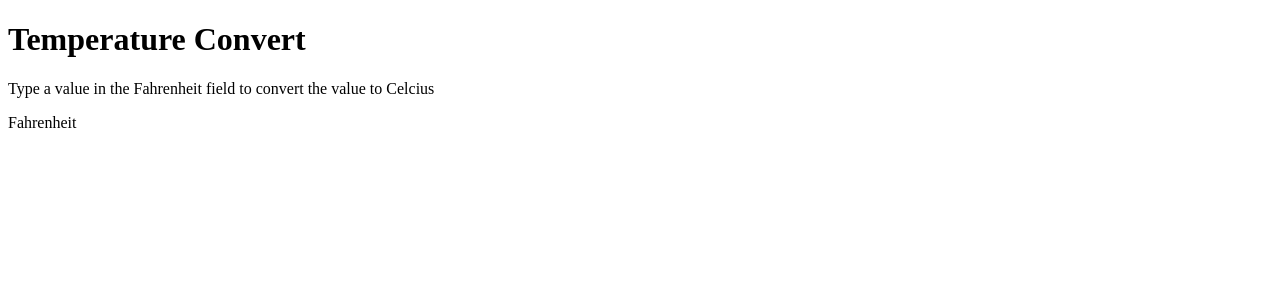
Repository: tungts3qb/BTCodeGym
Page: temprate-convert.html
These files come from the project's save history. The page is drawn as it stood at one moment and after the next save; the edit follows.
The browser window is 1280 px wide. The pictures show the whole page.

Above is the page before, as saved 2023-01-11 14:18:08.

After the next save:
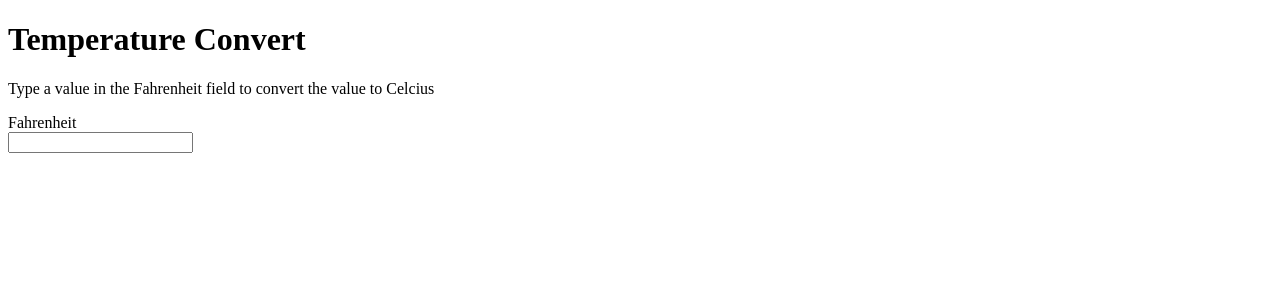
Saved 16 s later.
--- a/temprate-convert.html
+++ b/temprate-convert.html
@@ -13,6 +13,7 @@
         Type a value in the Fahrenheit field to convert the value to Celcius
       </p>
       <div>Fahrenheit</div>
+      <input type="number" name="" id="" />
     </form>
     <script></script>
   </body>
